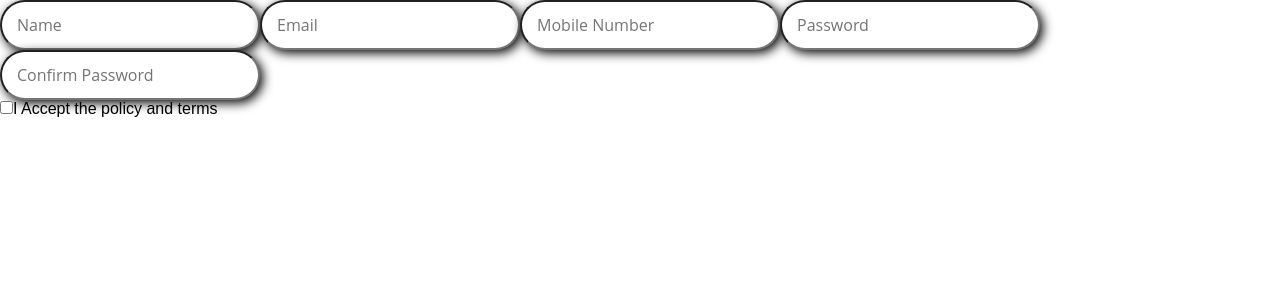
Repository: Cherced/virtualassistant
Page: /signUp
An editor plug-in stored every save of this project. The page is shown before and after the next save, followed by the edit.
The browser window is 1280 px wide. The pictures show the whole page.
The project was rebuilt for these pictures with package versions that can differ from the ones it lists, and the page was loaded fresh each time. The framework's server and built-in components were replaced by stand-ins that run in the browser. Also part of the build but not shown: components/atoms/buttons/BasicButton.jsx.

Above is the page before, as saved 2022-07-16 17:03:45.

### pages/_app.js
import '../sass/global.scss';


const MyApp = ({ Component, pageProps }) => {
    return <Component {...pageProps} />
  }


export default MyApp

### pages/_document.js
import { Html, Head, Main, NextScript } from 'next/document'

export default function Document() {

  return (
    <Html lang="en">
      <Head />
      <body>
        <Main />
        <div id="portal"></div>
        <NextScript />
      </body>
    </Html>
  )
}

### pages/signUp.jsx
import React from 'react'
import { SignForm } from '../components/molecules/signUp/SignForm'

const SignUp = () => {
  return (
    <div className="signUp">
        <SignForm/>
    </div>
  )
}

export default SignUp

### sass/global.scss
@import './vars';
@import './components';
@import './pages/draft';
@import './pages/welcome';
@import './pages/welcomeS';
@import './pages/login';

### components/molecules/signUp/SignForm.jsx
import React from 'react'
import { BasicInput } from '../../atoms/inputs/BasicInput'

export const SignForm = () => {
  return (
    <div className="signForm">
        <div className="signForm__inputs--container">
        <BasicInput type="text" placeholder="Name"/>
        <BasicInput type="text" placeholder="Email"/>
        <BasicInput type="text" placeholder="Mobile Number"/>
        <BasicInput type="password" placeholder="Password"/>
        <BasicInput type="password" placeholder="Confirm Password"/>
        </div>
        <label><input type="checkbox"/>I Accept the policy and terms</label>
    </div>
  )
}

### sass/_vars.scss
@import url('https://fonts.googleapis.com/css2?family=Inter:wght@100;200;300;500;600;700;800;900&family=Roboto:ital,wght@0,100;0,300;0,400;0,500;0,700;0,900;1,100;1,300;1,400;1,500;1,700;1,900&display=swap');
@import url('https://fonts.googleapis.com/css2?family=Roboto:ital,wght@0,100;0,300;0,400;0,500;0,700;0,900;1,100;1,300;1,400;1,500;1,700;1,900&family=Ubuntu:ital,wght@0,300;0,400;0,500;0,700;1,300;1,400;1,500;1,700&display=swap');

$mainColor: black;
$mainTextColor: white;
$mainFont: 'Inter';
$subTitle: 'Roboto';


*{
    box-sizing: border-box;
    margin: 0;
    padding: 0;
    font-family: Arial, Helvetica, sans-serif;
}

### sass/_components.scss
@import './components/headers/welcomeHeader';
@import './components/carrousels/carrousel';
@import './components/buttons/nextButton';
@import './components/buttons/basicButton';
@import './components/inputs/basicInput';

### sass/components/headers/_welcomeHeader.scss
.brand {
  width: 100%;
  min-height: 500px;
  display: flex;
  background: black;
  border-radius: 0 0 100px 100px;
  box-shadow: 6px 6px 20px 3px rgba(0, 0, 0, 0.2);
  justify-content: center;
  align-items: center;

  .brand__elipse--container {
    display: none;
  }

  .brand__img {
    z-index: 2;
    object-fit: cover;
  }
}

@media screen and (min-width: 1024px) {
  .brand {
    background-repeat: no-repeat;
    background-position: center;
    background-position-y: -200px;
    border-radius: none;
    background-image: url('../../../public/img/Ellipse.png');
    background: linear-gradient(180deg, #000000, #ffffff, #7d7777, #ececec, #7b7b7b, #000000, #545454, #e1e1e1, #e1e1e1);
    background-size: 1800% 1800%;

    -webkit-animation: AnimationName 27s ease infinite;
    -moz-animation: AnimationName 27s ease infinite;
    animation: AnimationName 27s ease infinite;


  .brand__elipse--container {
    display: block;
    position: absolute;
    top: -193px;
    z-index: 1;
  }
  }


@-webkit-keyframes AnimationName {
  0%{background-position:0% 68%}
  50%{background-position:100% 33%}
  100%{background-position:0% 68%}
}
@-moz-keyframes AnimationName {
  0%{background-position:0% 68%}
  50%{background-position:100% 33%}
  100%{background-position:0% 68%}
}
@keyframes AnimationName {
  0%{background-position:0% 68%}
  50%{background-position:100% 33%}
  100%{background-position:0% 68%}
}

}

### sass/components/carrousels/_carrousel.scss
.carrousel {
    max-width: 500px;
    height: auto;
    min-width: 300px;
    overflow: hidden;

    .slider {
        position: relative;
        display: flex;
        width: 200%;
        height: 100%;
    }

    .carrousel__list {
        list-style: none;
        display: flex;
        flex-direction: column;
        width: 100%;

        .carrousel__list--item {
            width: 100%;
            display: flex;
            flex-direction: row;
            align-items: center;
            justify-content: center;

            .carrousel__item--title {
                font-family: $subTitle;
                font-style: normal;
                font-weight: 500;
                font-size: 20px;
                line-height: 24px;
                text-align: center;
                letter-spacing: 0.04em;
                margin-bottom: 30px;
            }

            .carrousel__item--parragraph {
                font-style: normal;
                font-weight: 400;
                font-size: 15px;
                line-height: 18px;
                text-align: center;
                letter-spacing: 0.04em;
                font-family: $mainFont;
                color: #0F184D;
                padding: 0 30px;
                text-align: center;
            }
        }
    }
}

### sass/components/buttons/_nextButton.scss
.button__next {
    display: flex;
    width: auto;
    min-width: 100px;
    height: 50px;
    justify-content: space-around;
    align-items: center;
    background: black;
    color: white;
    border-radius: 100px;
    padding: 0 0 0 30px;
    box-shadow: 5px 5px 10px 0px black;
    cursor: pointer;
    font-family: $mainFont;
    font-size: 16px;


    .button__next--Arrow {
        width: 50px;
        height: 50px;
        display: flex;
        align-items: center;
        justify-content: center;
        background: $mainTextColor;
        border-radius: 100px;
        margin-left: 10px;

        .next__arrow--h1 {
            padding: 10px;
            color: $mainColor;
            font-family: $mainFont;
        }
    }

}

### sass/components/buttons/_basicButton.scss
.basic__button {
    width: 260px;
    height: 50px;
    border-radius: 30px;
}

.black {
    background: black;
    border: 1px solid white;
    font-family: $mainFont;
    font-style: normal;
    font-weight: 600;
    font-size: 20px;
    line-height: 30px;
    text-align: center;
    color: #FFFFFF;
}

.white{
    background: white;
    border: 1px solid black;
    font-family: $mainFont;
    font-style: normal;
    font-weight: 600;
    font-size: 20px;
    line-height: 30px;
    text-align: center;
    color: black;
}

### sass/components/inputs/_basicInput.scss
.basicInput {
    width: 260px;
    height: 50px;
    border-radius: 30px;
    padding-left: 15px;
    box-shadow: 3px 3px 11px 0px black;
    // letter style:
    font-family: 'Open Sans';
    font-style: normal;
    font-weight: 400;
    font-size: 16px;
    line-height: 22px;
    text-align: start;
    color: #848484;

}

### sass/pages/_draft.scss

.Draft{
    display: flex;
    align-self: center;
    width: 100%;
    justify-content: center;
    height: 100vh;
    flex-direction: column;
    align-items: center;
}

### sass/pages/_welcome.scss
.welcome {
    width: 100%;
    height: 100vh;
    display: flex;
    flex-direction: column;
    align-items: center;
    box-shadow: 7px 8px 20px 7px black;
    justify-items: center;
    justify-content: space-between;

    .main__Content--welcome {
        width: 100%;
        height: 100%;
        display: flex;
        justify-content: center;
        flex-direction: column;
        align-items: center;

        .main__Content--title {
            font-family: $mainFont;
            font-style: normal;
            font-weight: 600;
            font-size: 30px;
            line-height: 18px;
            text-align: center;
            letter-spacing: 0.04em;

            color: #0F184D;
            margin: 30px 0;
        }
    }

    .NavButtons {
        display: flex;
        width: 100%;
        align-items: center;
        justify-content: space-between;
        padding: 0 30px;
        margin: 20px 0;

        .NavButtons__ancord {
            text-decoration: none;
            font-style: normal;
            font-weight: 400;
            font-size: 15px;
            line-height: 18px;
            letter-spacing: 0.04em;
            font-family: $mainFont;
            color: #000000;
        }
    }
}

### sass/pages/_welcomeS.scss
.welcomeS {
    height: 100vh;
    background: linear-gradient(333.49deg, #000000 55.66%, rgba(217, 217, 217, 0) 92.17%);
    display: flex;
    flex-direction: column;
    align-items: center;
    justify-content: space-around;

    .welcomeS__header {
        width: 100%;
        height: 50%;
        display: flex;
        align-items: center;
        justify-content: center;

        .welcomeS__header--img {
            width: 350px;
            height: 450px;
            object-fit: cover;
            border-radius: 100px 0 100px 0;
        }
    }

    .welcomeS__main {
        width: 90%;
        color: white;
        display: flex;
        align-items: center;
        justify-content: center;

        .welcomeS__main--title {
            text-align: center;
            font-family: $mainFont;
            font-style: normal;
            font-weight: 400;
            font-size: 24px;
            line-height: 29px;
            letter-spacing: 0.07em;
        }
    }
}

### sass/pages/_login.scss
.login {
    width: 100%;
    height: 100vh;
    display: flex;
    align-items: center;
    justify-content: center;
    background-image: url('../../public/img/LoginBg.png');
    background-repeat: no-repeat;
    background-size: cover;

    .loginForm {
        background: rgba(255, 255, 255, 0.77);
        box-shadow: 0px 4px 20px rgba(0, 0, 0, 0.4);
        width: 315px;
        height: 415px;
        display: flex;
        flex-direction: column;
        align-items: center;
        justify-content: center;

        .loginForm__title--h1 {
            font-style: normal;
            font-weight: 700;
            font-size: 36px;
            line-height: 54px;
            font-family: $mainFont;
            text-align: center;
            color: #000000;
        }

        .loginForm__inputs--container {
            display: flex;
            flex-direction: column;
            align-items: center;
            justify-content: space-around;
            height: 135px;
        }

        .loginForm__ancord {
            margin: 5px 0;
            width: 80%;
            font-family: $mainFont;
            font-style: normal;
            font-weight: 400;
            font-size: 16px;
            line-height: 19px;
            text-align: end;
            color: #3751EA;

        }
        .loginForm__info{
            margin: 10px 0;
            .loginForm__label {

                font-family: $mainFont;
                font-style: normal;
                font-weight: 400;
                font-size: 16px;
                line-height: 19px;
                text-align: end;
                color: black;
            }
        }

        .loginForm__separator {
            width: 80%;
            display: flex;

            .loginForm__line {
                width: 50%;
                margin: 10px 5px;
                color: #000000;
            }

            .loginForm__label--or {
                color: #000000;
            }

        }


    }
}

### components/atoms/inputs/BasicInput.jsx
import React from 'react'

export const BasicInput = (props) => {
  return (
    <input className="basicInput" type={props.type} id={props.id} name={props.name} placeholder={props.placeholder}/>
  )
}

After the next save:
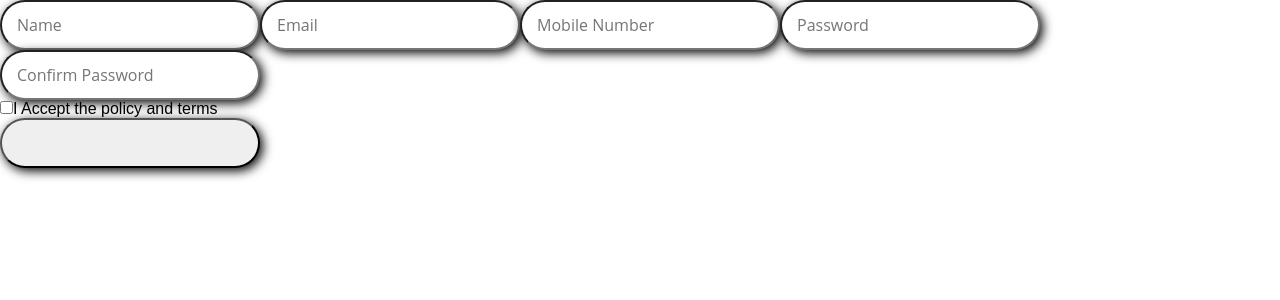
Saved 4 min 16 s later.
--- a/components/molecules/signUp/SignForm.jsx
+++ b/components/molecules/signUp/SignForm.jsx
@@ -1,5 +1,6 @@
 import React from 'react'
 import { BasicInput } from '../../atoms/inputs/BasicInput'
+import { BasicButton } from '../../atoms/buttons/BasicButton'
 
 export const SignForm = () => {
   return (
@@ -11,7 +12,10 @@ export const SignForm = () => {
         <BasicInput type="password" placeholder="Password"/>
         <BasicInput type="password" placeholder="Confirm Password"/>
         </div>
+        <div className="signForm__checkbox--container">
         <label><input type="checkbox"/>I Accept the policy and terms</label>
+        </div>
+        <BasicInput type="button" color="black" title="Sign Up"/>
     </div>
   )
 }
